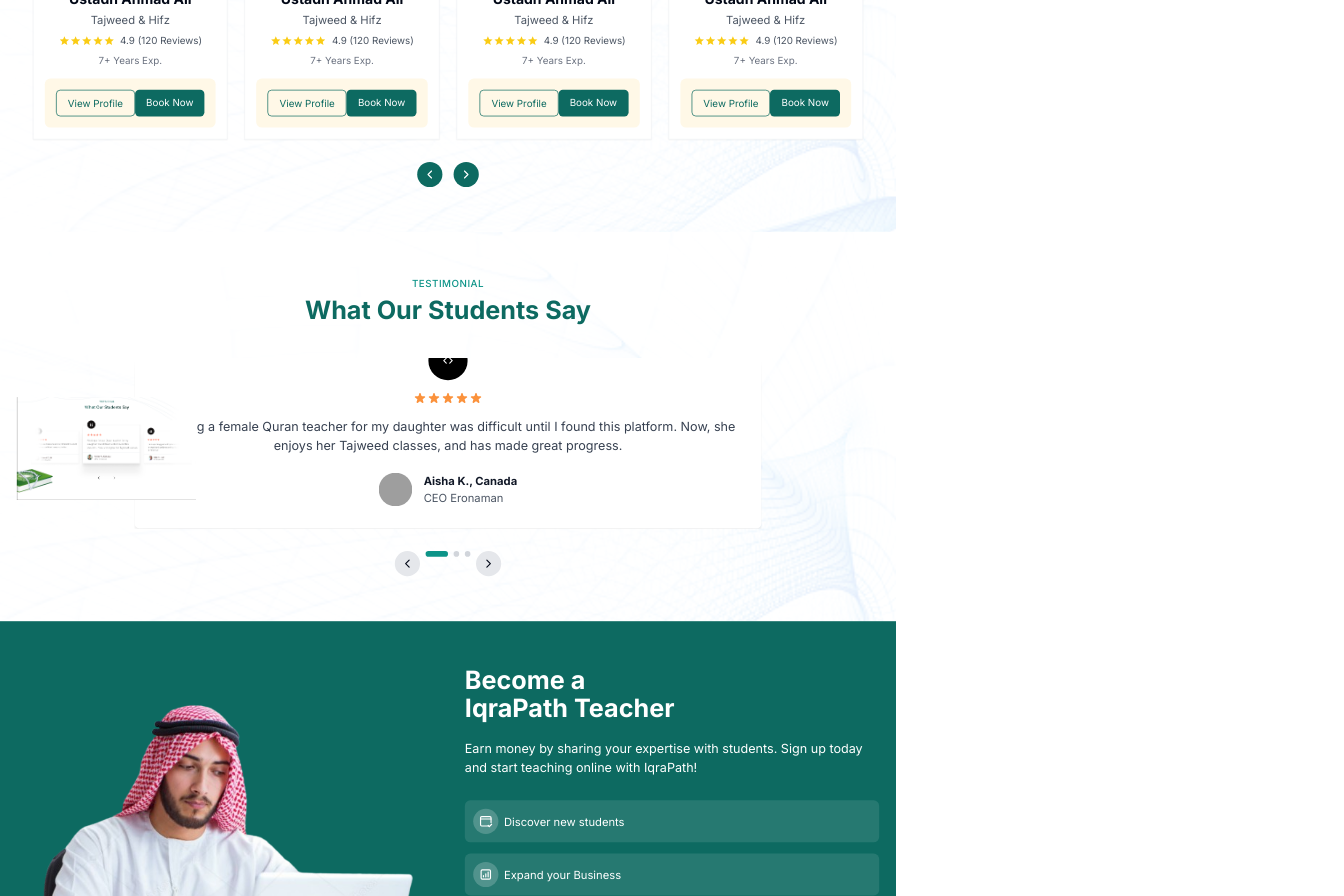
Repository: tafolabi009/originalq
Page: /
The author's editor kept a copy of each file at every save. The page is drawn from the files as they stood at one save, then again after the next save.
The browser window is 1280 px wide. The page is 1984 px wide, so the pictures cover 1920 px, including what lies to the right of the window. The pictures show the part of the page from y = 2196 to 3476 px (the page is 5023 px tall), at 70% of full size.
Pictures or frames that could not be fetched are drawn as grey boxes. The page's requests for data from a server got no answer. The project was rebuilt for these pictures with package versions that can differ from the ones it lists, and the page was loaded fresh each time. The framework's server and built-in components were replaced by stand-ins that run in the browser. No one was signed in, and anything a server would have sent is missing. Also part of the build but not shown: next.config.mjs.

Above is the page before, as saved 2025-03-28 16:05:18.

After the next save:
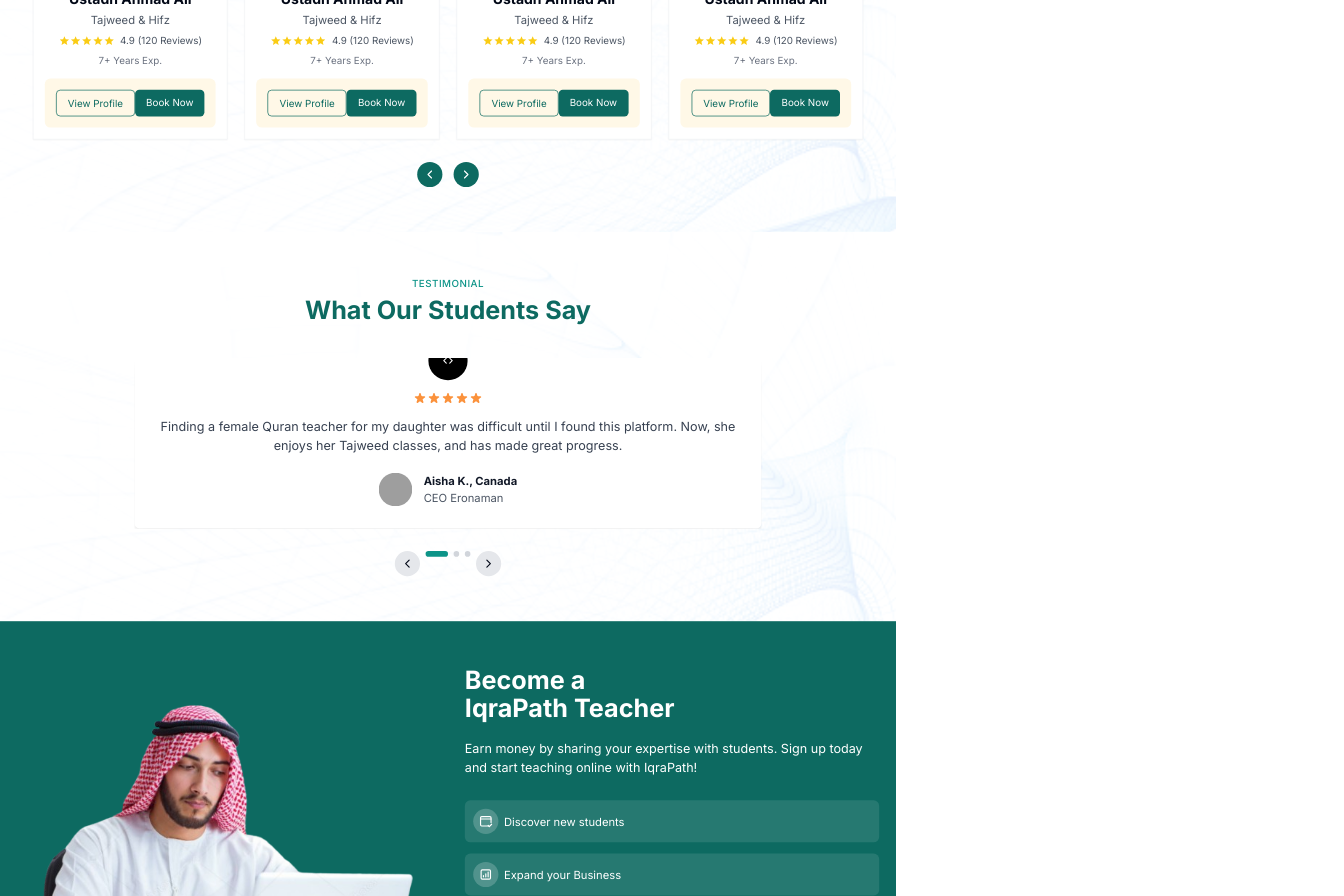
Saved 44 s later.
--- a/components/home/testimonials-section.tsx
+++ b/components/home/testimonials-section.tsx
@@ -158,13 +158,7 @@ export function TestimonialsSection() {
 
         {/* Quran with beads image */}
         <div className="absolute bottom-0 left-0 w-64 h-64">
-          <Image
-            src="/images/quran-with-beads.png"
-            alt="Quran with prayer beads"
-            width={300}
-            height={300}
-            className="object-contain"
-          />
+
         </div>
       </div>
     </section>
